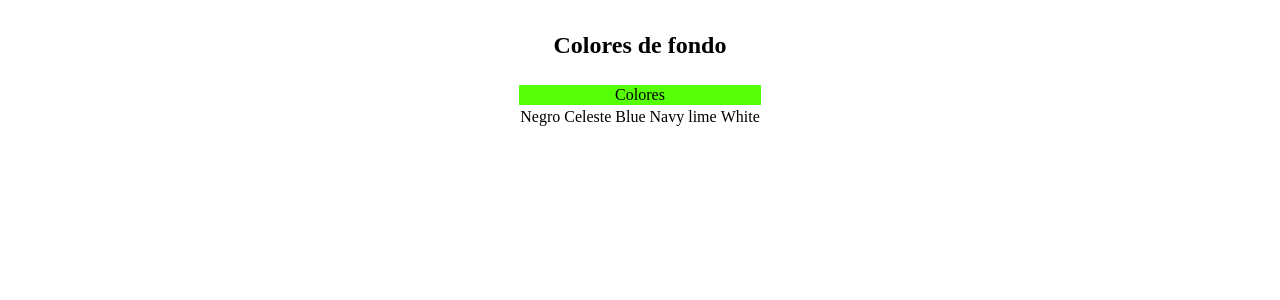
Repository: ThePerez/ArgProg
Page: Practicas ArgProg/Practica 3/Ejercicio 5/index.html
An editor plug-in stored every save of this project. The page is shown before and after a run of saves, followed by the edit.
The browser window is 1280 px wide. The pictures show the whole page.

Above is the page before, as saved 2023-03-14 12:05:17.

### Practicas ArgProg/Practica 3/Ejercicio 5/index.html
<!DOCTYPE html>
<html lang="en">

<head>
     <meta charset="UTF-8">
     <meta http-equiv="X-UA-Compatible" content="IE=edge">
     <meta name="viewport" content="width=device-width, initial-scale=1.0">
     <title>Ejercicio 5</title>
     <link rel="stylesheet" href="styles.css">
</head>

<body>
     <div class="principal">
          <p id="title">Colores de fondo</p>
          <table class="table">
               <tr>
                    <td id="colores" colspan="7">Colores</td>
               </tr>

               <tr>
                    <td id="black">Negro</td>
                    <td id="celeste">Celeste</td>
                    <td id="blue">Blue</td>
                    <td id="navy">Navy</td>
                    <td id="lime">lime</td>
                    <td id="white">White</td>
               </tr>
          </table>
     </div>
</body>

</html>

### Practicas ArgProg/Practica 3/Ejercicio 5/styles.css
#title{
     font-weight: bold;
     font-size: x-large;
     text-align: center;
}

.principal{
     display: grid;
     place-content: center;
}

.table{
     border: 1px;
     width: 70px;
}

#colores{
     background-color: rgb(86, 255, 8);
     text-align: center;
}

After the next 2 saves:
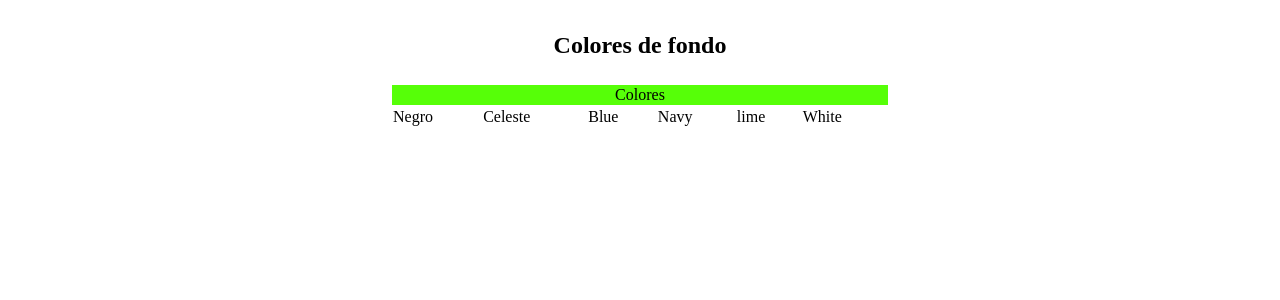
The 2 saves are shown as one change because they came seconds apart.
The last was saved 79 s later.
--- a/Practicas ArgProg/Practica 3/Ejercicio 5/styles.css
+++ b/Practicas ArgProg/Practica 3/Ejercicio 5/styles.css
@@ -11,7 +11,7 @@
 
 .table{
      border: 1px;
-     width: 70px;
+     width: 500px;
 }
 
 #colores{
